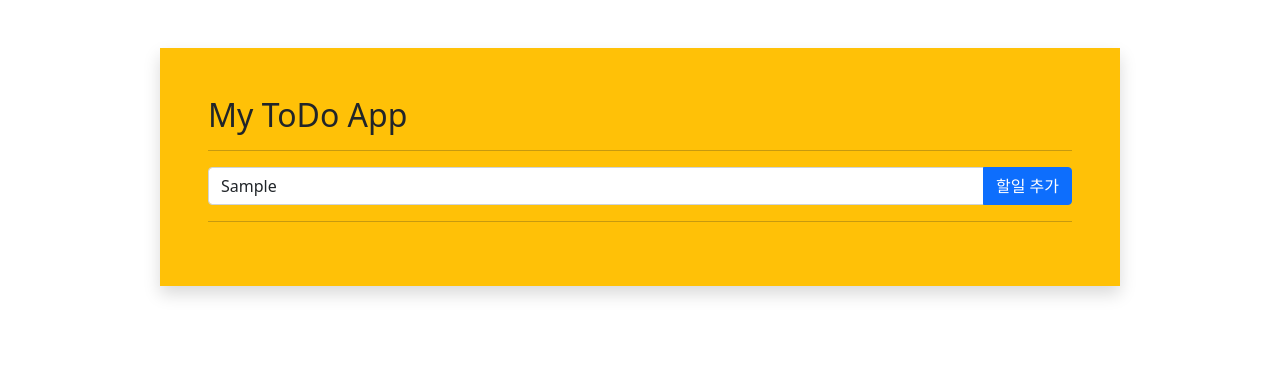
Repository: dngus1683/GameRoom
Page: project1_GameRoom/1~2주차 점검 공부정리/dev/MyWorkspace/jwbook/src/main/webapp/ch03/todoapp.html
An editor plug-in stored every save of this project. The page is shown before and after the next save, followed by the edit.
The browser window is 1280 px wide. The pictures show the whole page.
Empty fields were first filled with sample values (such as "Sample", 5 or name@example.com).
After loading, the first visible `button.btn` was clicked once.

Above is the page before, as saved 2022-04-19 14:19:40.
Console error: ReferenceError: addItem is not defined

After the next save:
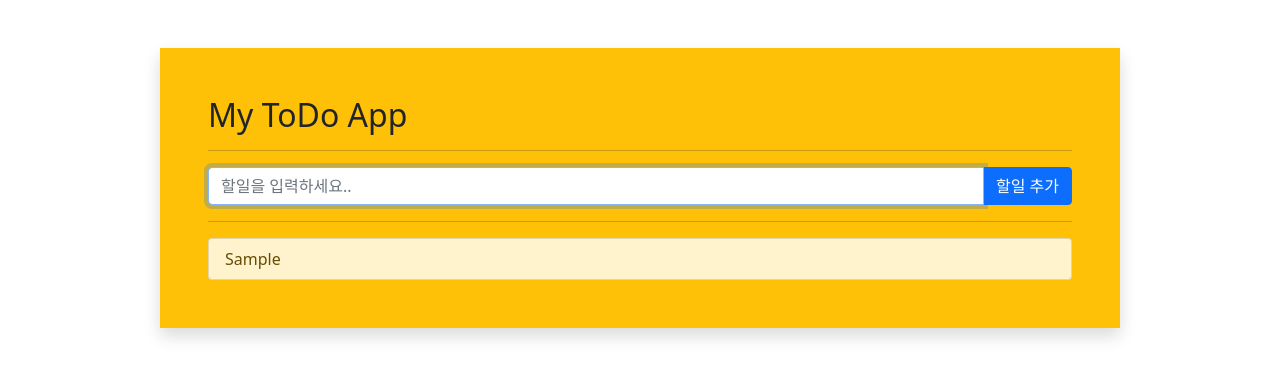
The error is gone.
Saved 8 min 48 s later.
--- a/project1_GameRoom/1~2주차 점검 공부정리/dev/MyWorkspace/jwbook/src/main/webapp/ch03/todoapp.html
+++ b/project1_GameRoom/1~2주차 점검 공부정리/dev/MyWorkspace/jwbook/src/main/webapp/ch03/todoapp.html
@@ -5,6 +5,27 @@
 <title>실습 3-2</title>
 <link href="https://cdn.jsdelivr.net/npm/bootstrap@5.0.2/dist/css/bootstrap.min.css"
  rel="stylesheet" integrity="sha384-EVSTQN3/azprG1Anm3QDgpJLIm9Nao0Yz1ztcQTwFspd3yD65VohhpuuCOmLASjC" crossorigin="anonymous"> <!-- 부트스트랩 -->
+ <script type="text/javascript">
+ 	//addItem()함수 구현
+ 	function addItem(){
+ 		//입력값을 읽어와 todo 변수에 저장
+ 		let todo = document.getElementById("item");
+ 		//<ul> 요소를 참조하여 list 변수에 저장
+ 		let list = document.getElementById("todolist");
+ 		//새로운 <li> 요소를 생성하여 listitem 변수에 저장
+ 		let listitem = document.createElement("li");
+ 		//새로운 할 일 아이템에 디자인을 부여하기 위해 부트스트랩 클래스를 추가하고 <li> 요소의 보디 부분에 추가한다.
+ 		//새로운 목록에 디자인추가
+ 		listitem.className = "d-flex list-group-item list-group-item-action list-group-item-warning";
+ 		//입력값을 <li> 태그 보디에 추가
+ 		listitem.innerText = todo.value;
+ 		//ul  요쇼에 li 요소 추가.
+ 		list.appendChild(listitem);
+ 		//입력칸 비우기 및 포커스 이동
+ 		todo.value = "";
+ 		todo.focus();
+ 	}
+ </script>
 </head>
 <body>
 	<!-- 메인 박스 디자인 -->
